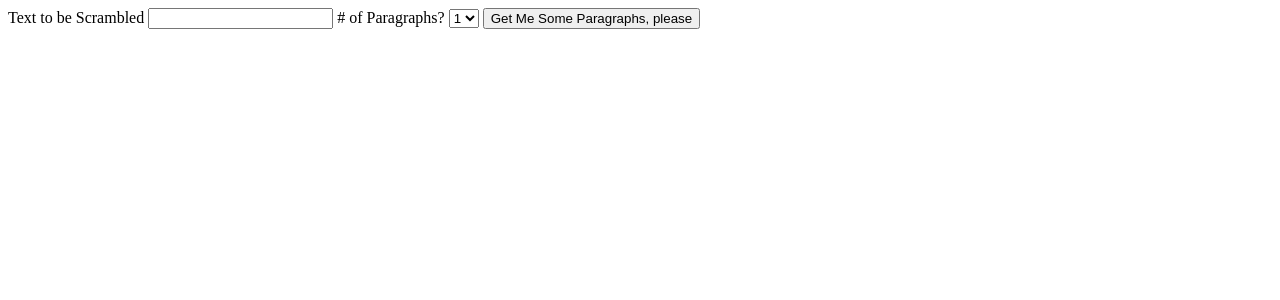
Repository: oduong1/COSW30
Page: homework/hw4/quote.html
The author's editor kept a record of every edit. The page is drawn from the files as they stood at one moment, then again after the next edit.
The browser window is 1280 px wide. The pictures show the whole page.

Above is the page before.

After the next edit:
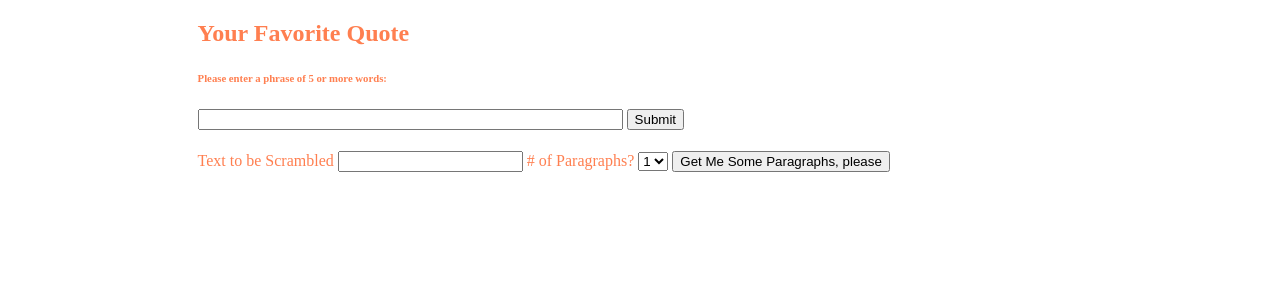
The edit:
--- a/homework/hw4/quote.html
+++ b/homework/hw4/quote.html
@@ -15,7 +15,21 @@
 
     </head>
     <body>
+
+            <container id="center">
+    <h2>Your Favorite Quote</h2>
         <form action="quote_process.php" method="POST">
+
+    <h6>Please enter a phrase of 5 or more words:</h6>
+    <p>
+        <input type="text" name="phrase" size="50" maxlength="150">
+        <input type="submit" name="submit" value="Submit">
+    </p>
+    </form>
+
+
+        <form action="quote_process.php" method="POST">
+            <h4></h4>
             <label for="">Text to be Scrambled</label>
             <input type="text" id="text" name="text">
 
